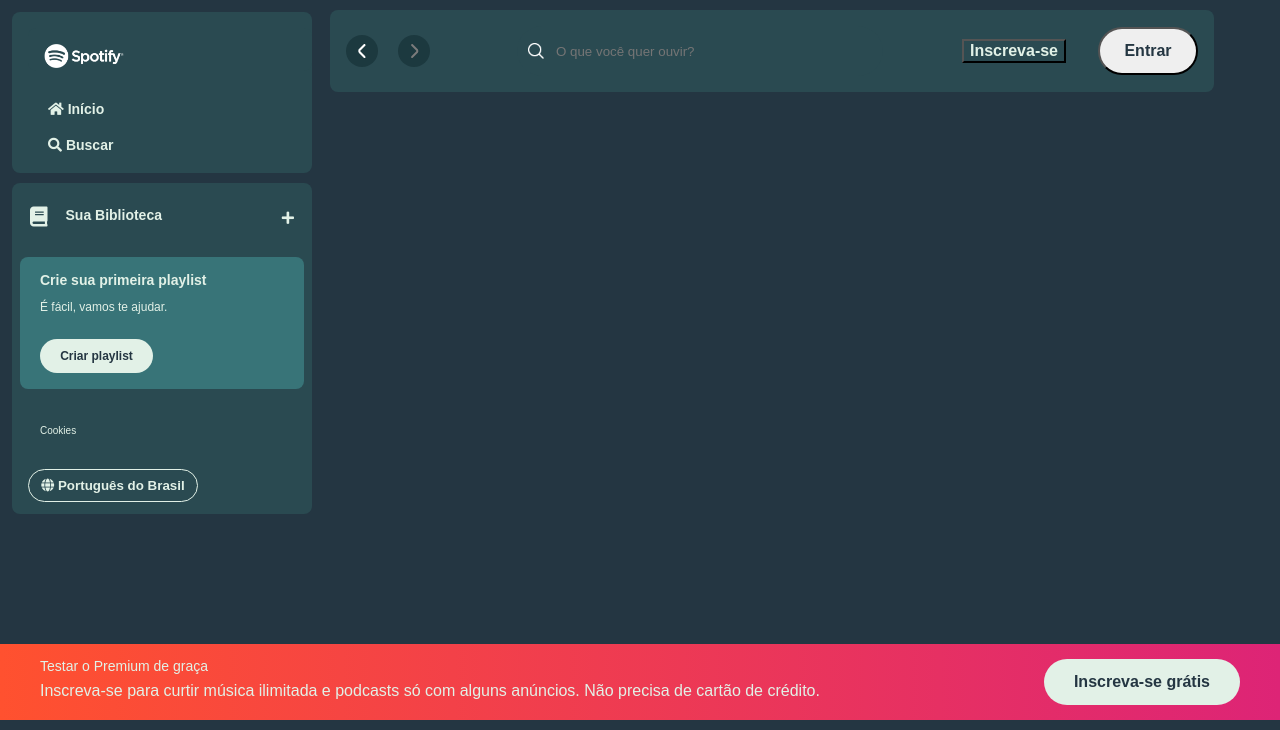
Repository: rafaazevedo-gs/Imers-o-Alura-Front-end
Page: index.html
The author's editor kept a copy of each file at every save. The page is drawn from the files as they stood at one save, then again after the next save.
The browser window is 1280 px wide. The pictures show the whole page.

Above is the page before, as saved 2025-01-30 19:09:31.

After the next save:
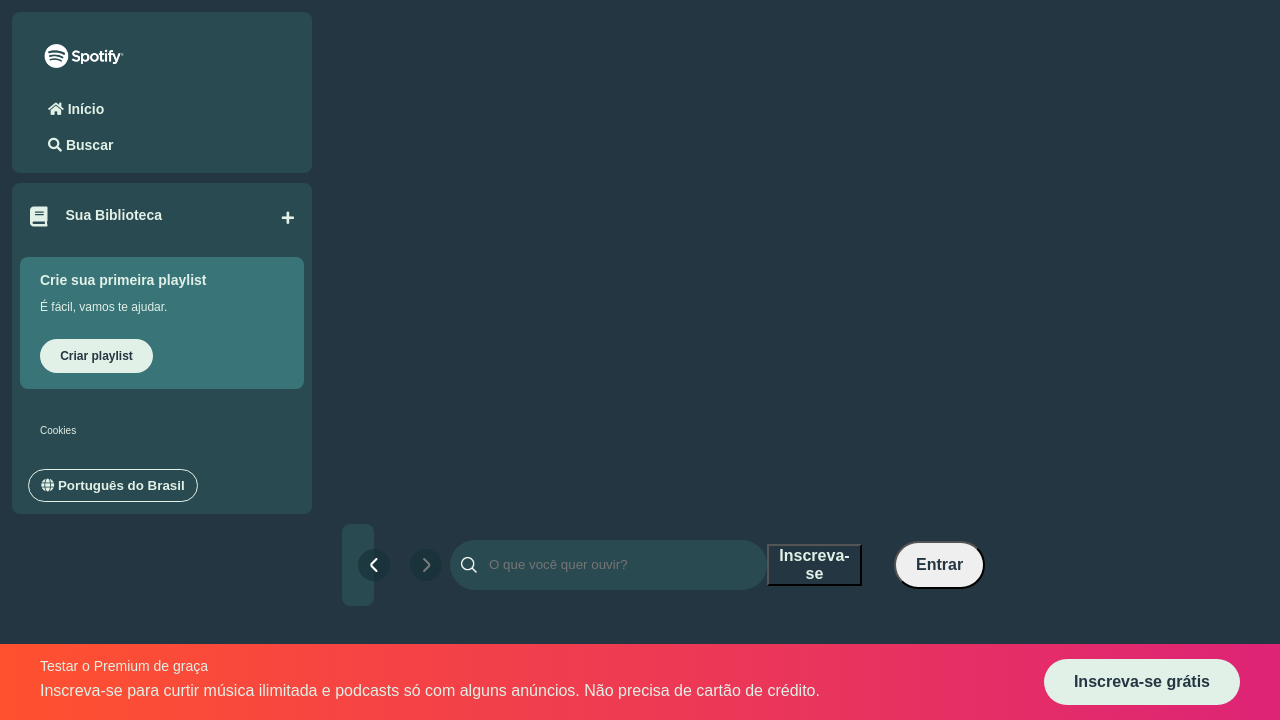
Saved 4 min 0 s later.
--- a/index.html
+++ b/index.html
@@ -11,7 +11,6 @@
     <link rel="stylesheet" href="./src/styles/main-content.css">
     <link rel="stylesheet" href="https://use.fontawesome.com/releases/v5.15.4/css/solid.css"/>
     <link rel="stylesheet" href="https://use.fontawesome.com/releases/v5.15.4/css/fontawesome.css"/>
-    <link rel="shortcut icon" href=".src/assets/icon/favicon.png" type="image/x-icon">
 
 </head>
 <body>
@@ -65,7 +64,7 @@
             </button>
         </div>
     </div>
-</div>
+
 
 <main>
     <div class="main-container">

After the save that followed:
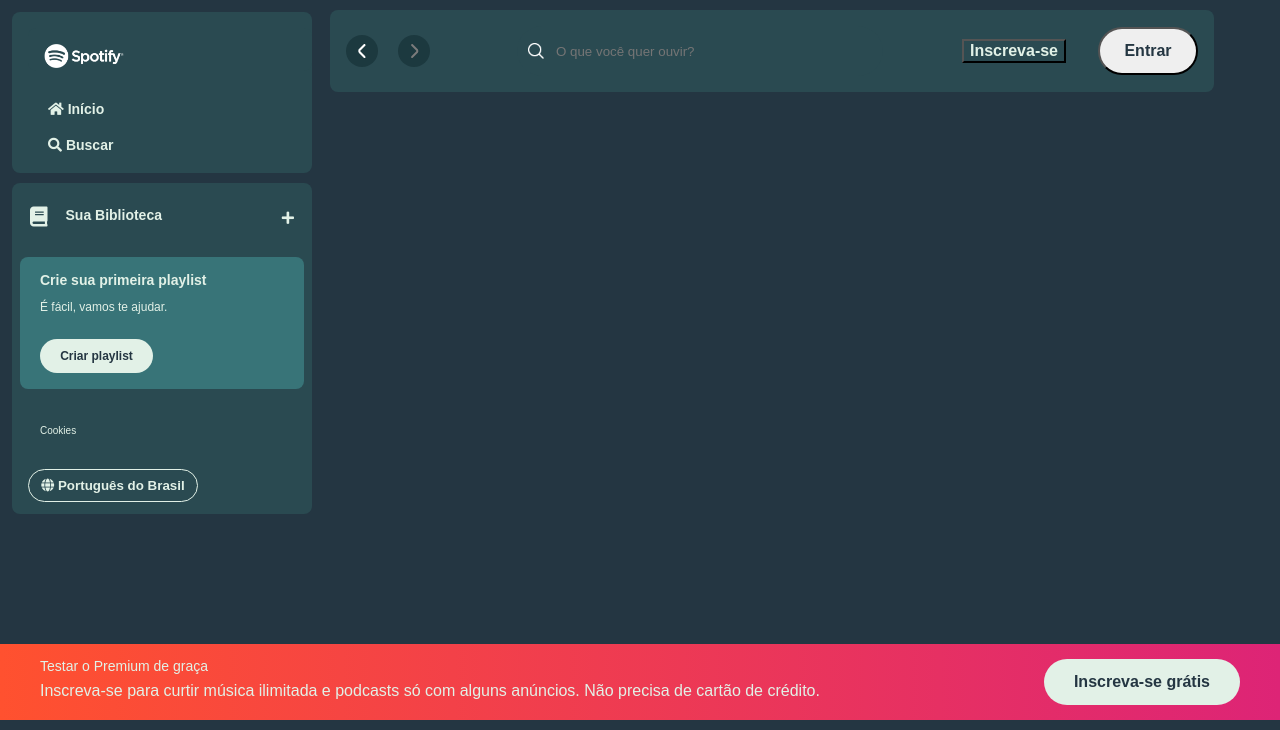
Saved 9 s later.
--- a/index.html
+++ b/index.html
@@ -64,7 +64,7 @@
             </button>
         </div>
     </div>
-
+</div>
 
 <main>
     <div class="main-container">
